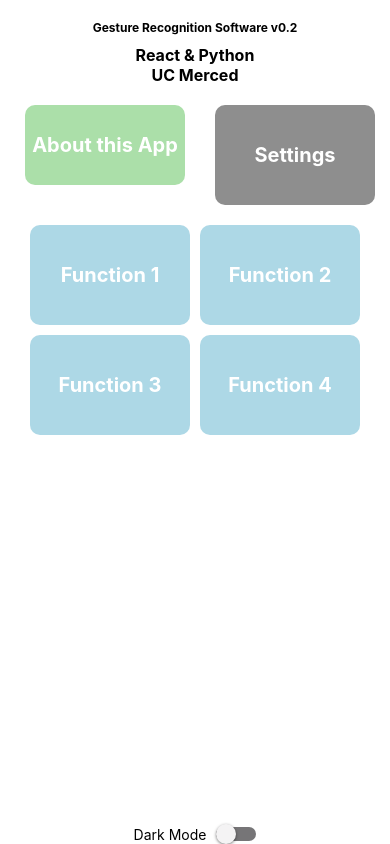
Repository: hajin-park/V-QUIP
Page: / (app in frontend/react-native-app/)
These files come from the project's save history. The page is drawn as it stood at one moment and after the next save; the edit follows.
The browser window is 390 px wide. The pictures show the whole page.
The app was drawn by React Native's web renderer in a window 390 px wide. The project was rebuilt for these pictures with package versions that can differ from the ones it lists, and the page was loaded fresh each time.

Above is the page before, as saved 2024-04-12 12:44:00.

After the next save:
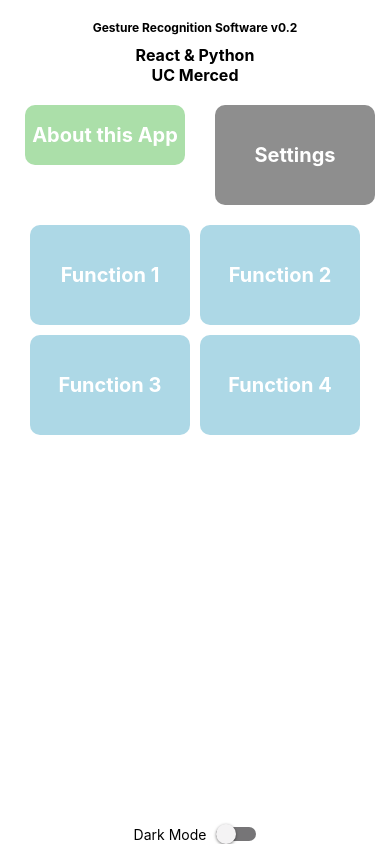
Saved 12 s later.
--- a/frontend/react-native-app/App.js
+++ b/frontend/react-native-app/App.js
@@ -151,7 +151,7 @@ const styles = StyleSheet.create({
   },
   box3: {
     width: 160,
-    height: 80,
+    height: 60,
     backgroundColor: '#ABDFA9', // Light blue color
     borderRadius: 10, // Rounded edges
     alignItems: 'center',
